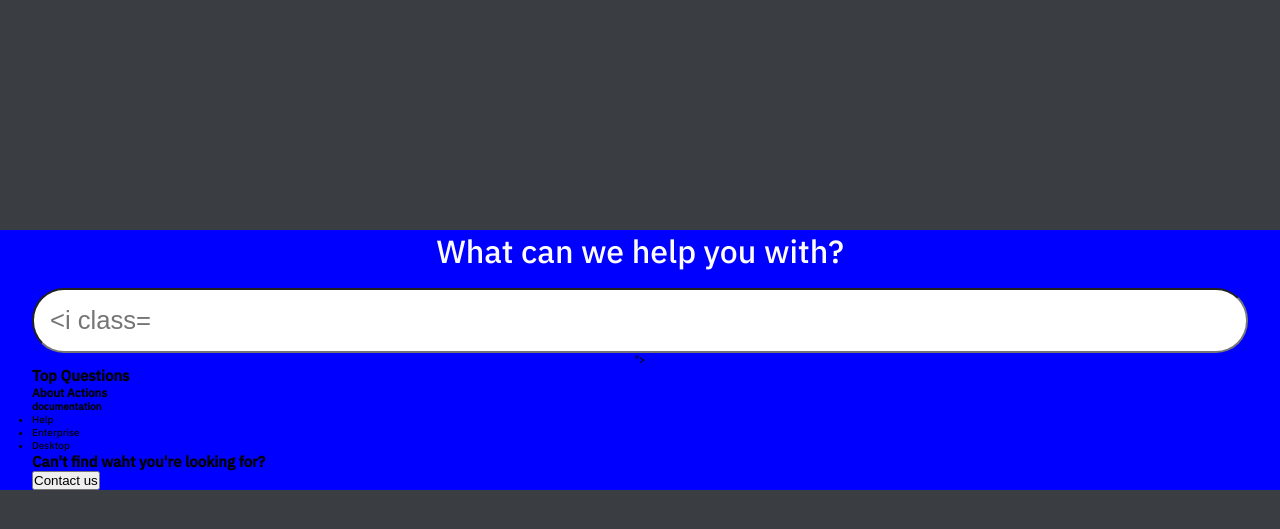
Repository: Hcmwebs/Help-Center-UI-
Page: index.html
These files come from the project's save history. The page is drawn as it stood at one moment and after the next save; the edit follows.
The browser window is 1280 px wide. The pictures show the whole page.
The style sheet was rebuilt from its Sass, Less or Tailwind sources for each picture, by a compiler version that may differ from the author's.

Above is the page before, as saved 2020-08-20 20:33:35.

### index.html
<!DOCTYPE html>
<html lang="en">
<head>
    <meta charset="UTF-8">
    <meta name="viewport" content="width=device-width, initial-scale=1.0">
    <link rel="stylesheet" href="css/styles.min.css">
    <title>Help Center</title>
</head>
<body>
    <div class="container">
        <header>
            <h1>What can we help  you with?</h1>
            <input type="search"
            id="search"
            placeholder="<i class="fal fa-search"></i>">
        </header>

        <!-- *******card****** -->
        <div class="card">
            <!--****card-header**** -->
            <h2> Top Questions</h2>

            <!--****card-body**** -->

            <div class="card-item">
                <div class="card-head">
                    <h3>About Actions</h3>
                </div>
                <div class="card-body">
                    <h4>documentation</h4>
                    <ul>
                        <li>Help</li>
                        <li>Enterprise</li>
                        <li>Desktop</li>
                    </ul>
                </div>
            </div>


            <!--****card--footer**** -->
            <div class="card-footer">
                <h2>Can't find waht you're looking for? </h2>
                <button class="btn-primary">Contact us</button>
            </div>

        </div>
    </div>
</body>
</html>

### scss/styles.scss
@import url('https://fonts.googleapis.com/css2?family=IBM+Plex+Sans:wght@300;500&display=swap');
$font-stack:'IBM Plex Sans', sans-serif;
$bg-color:rgba(37,41,46,0.9);
$primary-color:rgba(255,255,255,0.99);

*{
    margin: 0;
    padding: 0;
    box-sizing: border-box;
}

body{
    font-family: $font-stack;
    font-size: 10px;
    background-color:$bg-color;
    display: grid;
    place-items: center;
    height: 100vh;
    width: 100%;
}

.container{
    width: 100%;
    padding: 0 2rem ;
    background-color:blue;

}
header{
    text-align: center;


    h1{
        font-size: 32px;
        font-weight: 500;
        margin-bottom: 1rem;
        color: $primary-color;
    }
    input{
        font-size: 1.6rem;
        width: 100%;
        padding: 1rem;
        background-color: #fff;
        border-radius: 2rem;
    }

}

After the next save:
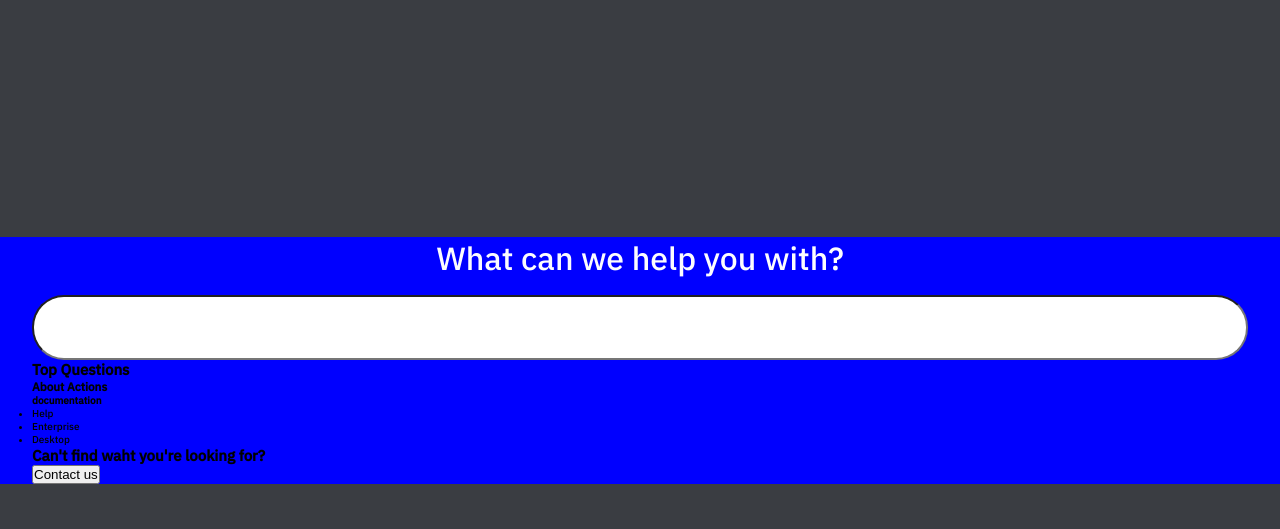
Saved 38 s later.
--- a/index.html
+++ b/index.html
@@ -11,8 +11,7 @@
         <header>
             <h1>What can we help  you with?</h1>
             <input type="search"
-            id="search"
-            placeholder="<i class="fal fa-search"></i>">
+            id="search">
         </header>
 
         <!-- *******card****** -->
